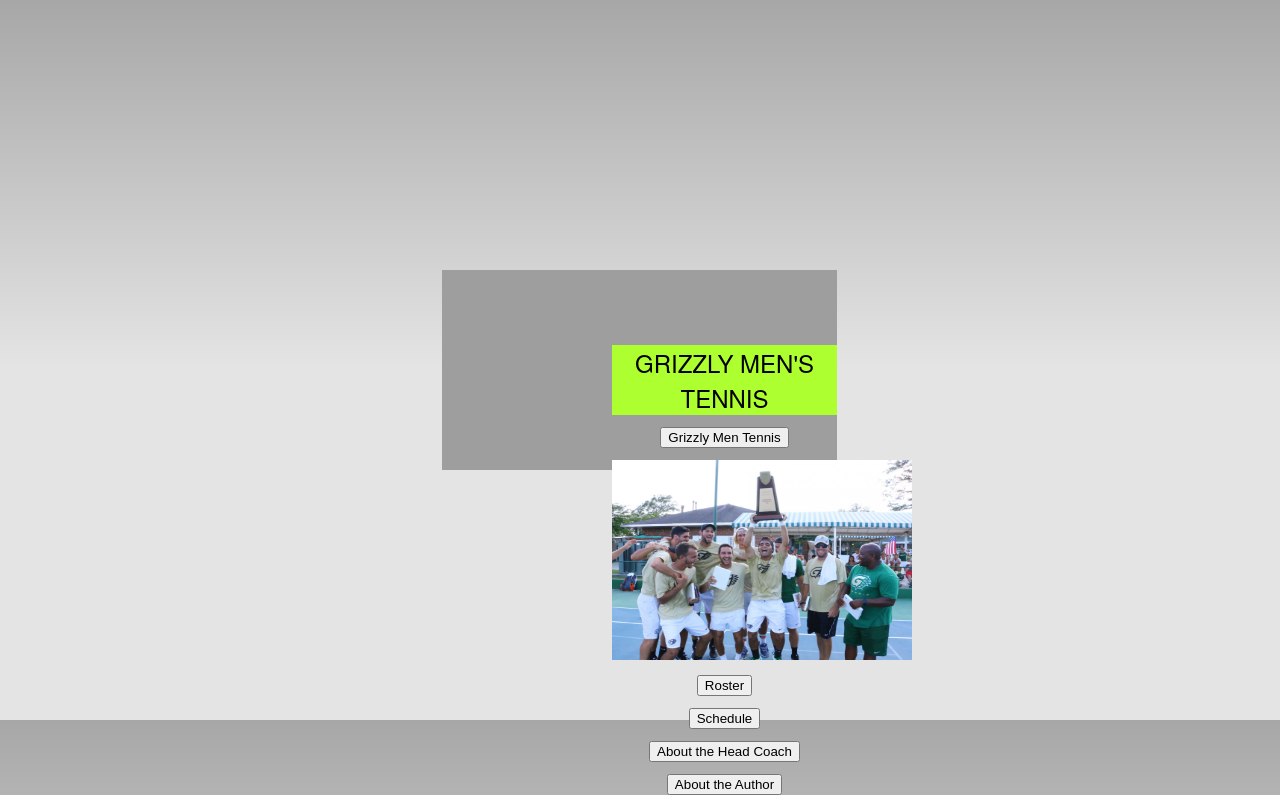
Repository: qtran3/itec4550
Page: EXAM1/TennisAppWebView/index.html
These files come from the project's save history. The page is drawn as it stood at one moment and after the next save; the edit follows.
The browser window is 1280 px wide. The pictures show the whole page.
Pictures or frames that could not be fetched are drawn as grey boxes. Backgrounds fixed to the window are drawn as part of the page.

Above is the page before, as saved 2016-06-01 17:30:43.

### EXAM1/TennisAppWebView/index.html
<!DOCTYPE html>
<!--
    Licensed to the Apache Software Foundation (ASF) under one
    or more contributor license agreements.  See the NOTICE file
    distributed with this work for additional information
    regarding copyright ownership.  The ASF licenses this file
    to you under the Apache License, Version 2.0 (the
    "License"); you may not use this file except in compliance
    with the License.  You may obtain a copy of the License at

    http://www.apache.org/licenses/LICENSE-2.0

    Unless required by applicable law or agreed to in writing,
    software distributed under the License is distributed on an
    "AS IS" BASIS, WITHOUT WARRANTIES OR CONDITIONS OF ANY
     KIND, either express or implied.  See the License for the
    specific language governing permissions and limitations
    under the License.
-->
<html>
    <head>
        <!--
        Customize this policy to fit your own app's needs. For more guidance, see:
            https://github.com/apache/cordova-plugin-whitelist/blob/master/README.md#content-security-policy
        Some notes:
            * gap: is required only on iOS (when using UIWebView) and is needed for JS->native communication
            * https://ssl.gstatic.com is required only on Android and is needed for TalkBack to function properly
            * Disables use of inline scripts in order to mitigate risk of XSS vulnerabilities. To change this:
                * Enable inline JS: add 'unsafe-inline' to default-src
        -->
        <meta http-equiv="Content-Security-Policy" content="default-src 'self' data: gap: https://ssl.gstatic.com 'unsafe-eval'; style-src 'self' 'unsafe-inline'; media-src *">
        <meta name="format-detection" content="telephone=no">
        <meta name="msapplication-tap-highlight" content="no">
        <meta name="viewport" content="user-scalable=no, initial-scale=1, maximum-scale=1, minimum-scale=1, width=device-width">
        <link rel="stylesheet" type="text/css" href="css/index.css">
        <title>Grizzly Men Tennis</title>
    </head>
    <body>
        <div class="app">
        	<div id="mainTittle" style="background-color:GreenYellow;">
        		<h1 align="center">GRIZZLY MEN'S TENNIS</h1>
        	</div>
        	<div id="mainPage" align="center">
            	<p> <button id="homePagebuutton">Grizzly Men Tennis</button></p>
				<p>
				  <img src="img/Tennis-10.jpg" height="200px" width="300px" />
				</p>
				<p>
					<button id="rosterButton">Roster</button>
				</p>
				<p>
					<button id="scheduleButton">Schedule</button>
				</p>
				<p>
					<button id="coachButton">About the Head Coach</button>
				</p>
				<p>
					<button id="authorButton">About the Author</button>
				</p>
			</div>

			<div id="rosterPage">
				<h1 align="center">Roster</h1>
				<div align="left">
					<p>Gilad Berman</p>
					<p>Connor Clements</p>
					<p>Jordan Cox</p>
					<p>Jorge Gonzalez</p>
					<p>Matias Hatem</p>
					<p>Kevin Konfederak</p>
					<p>Tony Licata</p>
					<p>Lachlan McPhee</p>
					<p>Luke Morland</p>
				</div>
			</div>
			<div id="schedulePage">
				<h1 align="center"> Schedule</h1>
				<div align="left">
					<p>May  6 9:00 AM	 vs. Asbury University</p>
					<p>May  6 3:00 PM	 vs. Xavier (La.)</p>
					<p>May 18 9:30 PM	 vs. Olivet Nazarene </p>
					<p>May 19 2:00 PM	 vs. Coastal Georgia</p>
					<p>May 20 2:00 PM	 vs. Dalton State (Ga.)</p>
					<p>May 21 2:00 PM	 vs. Xavier (La.)</p>
				</div>
			</div>

			<div id="coachPage">
				<h1 align="center">About the Head Coach</h1>
				<p>
					<img src="img/chase_hodges_1142_mtn.jpg"/>
				</p>
				<h3 align="center">Chase Hodges</h3>
				<h4 align="center">ALMA MATER: UNC WILMINGTON</h4>
				<p align="left">	Chase Hodges is the first head coach in Georgia Gwinnett tennis history, and in his three-year stay in Lawrenceville, he's been named national coach of the year three times by the NAIA and twice by the Intercollegiate Tennis Association. </p>
				<p align="left">	A decorated coach at all levels of collegiate tennis, Hodges delivered GGC its first-ever national titles in any sport with both the Men's and Women's 2014 NAIA National Championship titles. He was able to repeat the feat with the men this past year as he guided them to the 2015 crown while the women finished as the national runner-up.</p>
			</div>

			<div id="authorPage">
				<h1 align="center">About the Author</h1>
				<p>Created by Quan Tran</p>
				<p>INTERNATIONAL STUDENT AT GGC</p>
				<p>Email: qtran3@ggc.edu</p>
			</div>


        </div>

<!--
        <script type="text/javascript" src="cordova.js"></script>
-->
        <script type="text/javascript" src="js/index.js"></script>
    </body>
</html>

### EXAM1/TennisAppWebView/css/index.css
/*
 * Licensed to the Apache Software Foundation (ASF) under one
 * or more contributor license agreements.  See the NOTICE file
 * distributed with this work for additional information
 * regarding copyright ownership.  The ASF licenses this file
 * to you under the Apache License, Version 2.0 (the
 * "License"); you may not use this file except in compliance
 * with the License.  You may obtain a copy of the License at
 *
 * http://www.apache.org/licenses/LICENSE-2.0
 *
 * Unless required by applicable law or agreed to in writing,
 * software distributed under the License is distributed on an
 * "AS IS" BASIS, WITHOUT WARRANTIES OR CONDITIONS OF ANY
 * KIND, either express or implied.  See the License for the
 * specific language governing permissions and limitations
 * under the License.
 */
* {
    -webkit-tap-highlight-color: rgba(0,0,0,0); /* make transparent link selection, adjust last value opacity 0 to 1.0 */
}

body {
    -webkit-touch-callout: none;                /* prevent callout to copy image, etc when tap to hold */
    -webkit-text-size-adjust: none;             /* prevent webkit from resizing text to fit */
    -webkit-user-select: none;                  /* prevent copy paste, to allow, change 'none' to 'text' */
    background-color:#E4E4E4;
    background-image:linear-gradient(top, #A7A7A7 0%, #E4E4E4 51%);
    background-image:-webkit-linear-gradient(top, #A7A7A7 0%, #E4E4E4 51%);
    background-image:-ms-linear-gradient(top, #A7A7A7 0%, #E4E4E4 51%);
    background-image:-webkit-gradient(
        linear,
        left top,
        left bottom,
        color-stop(0, #A7A7A7),
        color-stop(0.51, #E4E4E4)
    );
    background-attachment:fixed;
    font-family:'HelveticaNeue-Light', 'HelveticaNeue', Helvetica, Arial, sans-serif;
    font-size:12px;
    height:100%;
    margin:0px;
    padding:0px;
    text-transform:uppercase;
    width:100%;
}

/* Portrait layout (default) */
.app {
    background:url(../img/logo.png) no-repeat center top; /* 170px x 200px */
    position:absolute;             /* position in the center of the screen */
    left:50%;
    top:50%;
    height:50px;                   /* text area height */
    width:225px;                   /* text area width */
    text-align:center;
    padding:180px 0px 0px 0px;     /* image height is 200px (bottom 20px are overlapped with text) */
    margin:-115px 0px 0px -112px;  /* offset vertical: half of image height and text area height */
                                   /* offset horizontal: half of text area width */
}

/* Landscape layout (with min-width) */
@media screen and (min-aspect-ratio: 1/1) and (min-width:400px) {
    .app {
        background-position:left center;
        padding:75px 0px 75px 170px;  /* padding-top + padding-bottom + text area = image height */
        margin:-90px 0px 0px -198px;  /* offset vertical: half of image height */
                                      /* offset horizontal: half of image width and text area width */
    }
}

h1 {
    font-size:24px;
    font-weight:normal;
    margin:0px;
    overflow:visible;
    padding:0px;
    text-align:center;
}

.event {
    border-radius:4px;
    -webkit-border-radius:4px;
    color:#FFFFFF;
    font-size:12px;
    margin:0px 30px;
    padding:2px 0px;
}

.event.listening {
    background-color:#333333;
    display:block;
}

.event.received {
    background-color:#4B946A;
    display:none;
}

@keyframes fade {
    from { opacity: 1.0; }
    50% { opacity: 0.4; }
    to { opacity: 1.0; }
}

@-webkit-keyframes fade {
    from { opacity: 1.0; }
    50% { opacity: 0.4; }
    to { opacity: 1.0; }
}

.blink {
    animation:fade 3000ms infinite;
    -webkit-animation:fade 3000ms infinite;
}

### EXAM1/TennisAppWebView/js/index.js
/*
 * Licensed to the Apache Software Foundation (ASF) under one
 * or more contributor license agreements.  See the NOTICE file
 * distributed with this work for additional information
 * regarding copyright ownership.  The ASF licenses this file
 * to you under the Apache License, Version 2.0 (the
 * "License"); you may not use this file except in compliance
 * with the License.  You may obtain a copy of the License at
 *
 * http://www.apache.org/licenses/LICENSE-2.0
 *
 * Unless required by applicable law or agreed to in writing,
 * software distributed under the License is distributed on an
 * "AS IS" BASIS, WITHOUT WARRANTIES OR CONDITIONS OF ANY
 * KIND, either express or implied.  See the License for the
 * specific language governing permissions and limitations
 * under the License.
 */
var app = {
    // Application Constructor
    initialize: function() {
        this.bindEvents();
    },
    // Bind Event Listeners
    //
    // Bind any events that are required on startup. Common events are:
    // 'load', 'deviceready', 'offline', and 'online'.
    bindEvents: function() {
        document.addEventListener('deviceready', this.onDeviceReady, false);
    },
    // deviceready Event Handler
    //
    // The scope of 'this' is the event. In order to call the 'receivedEvent'
    // function, we must explicitly call 'app.receivedEvent(...);'
    onDeviceReady: function() {
        app.receivedEvent('deviceready');
    },
    // Update DOM on a Received Event
    receivedEvent: function(id) {
        var parentElement = document.getElementById(id);
        var listeningElement = parentElement.querySelector('.listening');
        var receivedElement = parentElement.querySelector('.received');

        listeningElement.setAttribute('style', 'display:none;');
        receivedElement.setAttribute('style', 'display:block;');

        console.log('Received Event: ' + id);
    }
};

app.initialize();

var pages=[];
pages[0]=document.getElementById("mainPage");
pages[1]=document.getElementById("schedulePage");
pages[2]=document.getElementById("rosterPage");
pages[3]=document.getElementById("coachPage");
pages[4]=document.getElementById("authorPage");

function hideAllPages(){
	for (var i=0;i<pages.length;i++){
		pages[i].style.display='none';
	}
}
function showAPage(pageID){
	hideAllPages();
	document.getElementById(pageID).style.display='block';
}
document.getElementById("scheduleButton").onclick=function(){
	showAPage("schedulePage");
};
document.getElementById("rosterButton").onclick=function(){
	showAPage("rosterPage");
}
document.getElementById("coachButton").onclick=function(){
	showAPage("coachPage");
};
document.getElementById("authorButton").onclick=function(){
	showAPage("authorPage");
};
document.getElementById("mainTittle").onclick=function(){
	showAPage("mainPage");
};
showAPage("mainPage");

After the next save:
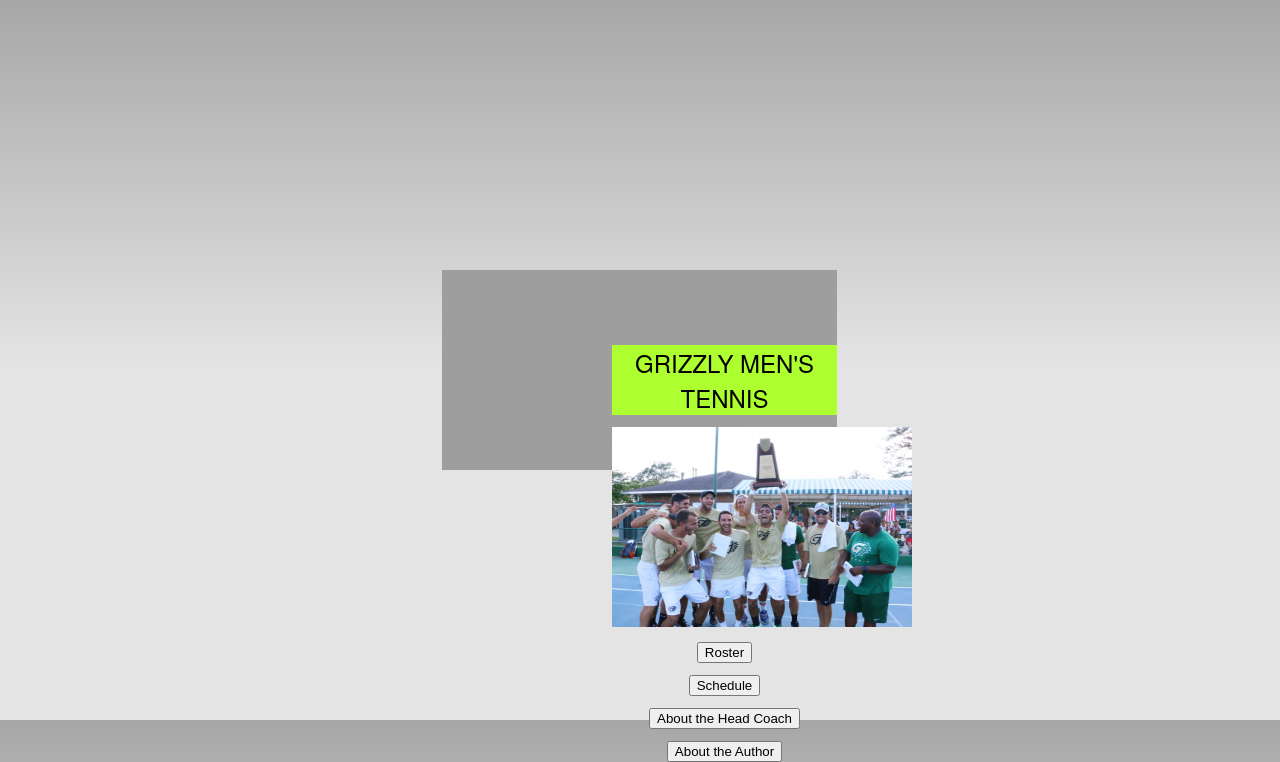
Saved 5 min 33 s later.
--- a/EXAM1/TennisAppWebView/index.html
+++ b/EXAM1/TennisAppWebView/index.html
@@ -41,8 +41,7 @@
         		<h1 align="center">GRIZZLY MEN'S TENNIS</h1>
         	</div>
         	<div id="mainPage" align="center">
-            	<p> <button id="homePagebuutton">Grizzly Men Tennis</button></p>
-				<p>
+ 				<p>
 				  <img src="img/Tennis-10.jpg" height="200px" width="300px" />
 				</p>
 				<p>
